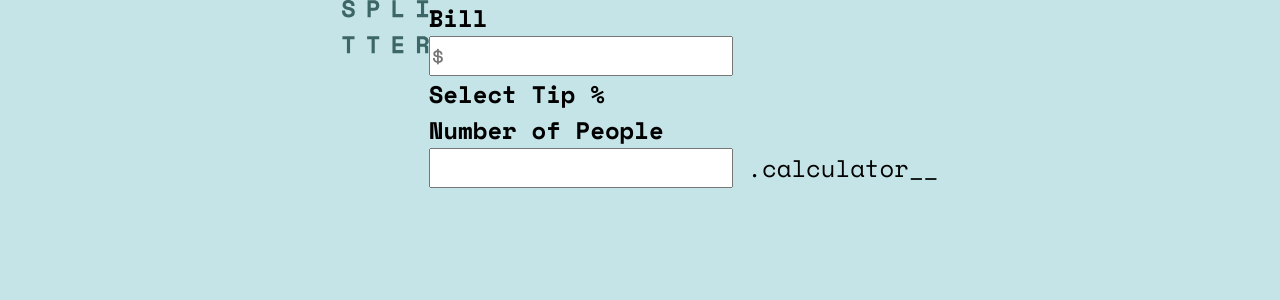
Repository: tomas938/tipcalculator
Page: /
The author's editor kept a copy of each file at every save. The page is drawn from the files as they stood at one save, then again after the next save.
The browser window is 1280 px wide. The pictures show the whole page.
The project was rebuilt for these pictures with package versions that can differ from the ones it lists, and the page was loaded fresh each time.

Above is the page before, as saved 2021-08-03 21:49:11.

### src/App.vue
<template>
	<router-view />
</template>

<style lang="scss">
@import url("https://fonts.googleapis.com/css2?family=Space+Mono:wght@400;700&display=swap");
$strong-cyan: hsl(172, 67%, 45%);
$dark-cyan: hsl(186, 14%, 43%);
$grayish-cyan: hsl(184, 14%, 43%);
$lower-grayish-cyan: hsl(184, 14%, 56%);
$light-grayish-cyan: hsl(185, 41%, 84%);
$lighter-grayish-cyan: hsl(189, 41%, 97%);
$white: hsl(0, 0%, 100%);
* {
	margin: 0;
	padding: 0;
	box-sizing: border-box;
	font-family: "Space Mono", monospace;
	font-size: 24px;
}
body {
	background-color: $light-grayish-cyan;
}
</style>

### src/views/Home.vue
<template>
	<div class="logo">
		<splitter></splitter>
	</div>
</template>

<script>
import Splitter from "../components/Splitter.vue";
export default {
	name: "Home",
	components: {
		Splitter,
	},
};
</script>
<style lang="scss" scoped>
.logo {
	display: flex;
	justify-content: center;
}
</style>

### src/components/Splitter.vue
<template>
	<svg xmlns="http://www.w3.org/2000/svg" width="87" height="54">
		<path
			fill="#3D6666"
			d="M6.72 17.472c.944 0 1.792-.12 2.544-.36s1.392-.584 1.92-1.032a4.476 4.476 0 001.212-1.62c.28-.632.42-1.34.42-2.124v-.288c0-1.472-.464-2.584-1.392-3.336-.928-.752-2.272-1.288-4.032-1.608a14.615 14.615 0 01-1.74-.408c-.456-.144-.824-.308-1.104-.492-.28-.184-.476-.392-.588-.624a1.771 1.771 0 01-.168-.78c0-.56.232-1.004.696-1.332.464-.328 1.096-.492 1.896-.492.944 0 1.676.248 2.196.744.52.496.78 1.08.78 1.752v.576h3.168v-.864a5 5 0 00-.396-1.968 4.762 4.762 0 00-1.176-1.656C10.436 1.08 9.792.7 9.024.42 8.256.14 7.376 0 6.384 0c-.88 0-1.676.12-2.388.36s-1.32.576-1.824 1.008c-.504.432-.896.94-1.176 1.524-.28.584-.42 1.22-.42 1.908v.144c0 .832.144 1.536.432 2.112a3.978 3.978 0 001.212 1.44c.52.384 1.132.692 1.836.924.704.232 1.48.42 2.328.564.64.112 1.168.248 1.584.408.416.16.744.34.984.54s.408.424.504.672c.096.248.144.508.144.78 0 .576-.232 1.072-.696 1.488-.464.416-1.176.624-2.136.624-1.232 0-2.14-.3-2.724-.9-.584-.6-.876-1.404-.876-2.412v-.576H0v.72c0 .88.144 1.692.432 2.436a5.47 5.47 0 001.272 1.944c.56.552 1.26.984 2.1 1.296.84.312 1.812.468 2.916.468zm22-.336V10.8h3.408c.864 0 1.616-.144 2.256-.432a4.707 4.707 0 001.596-1.14 4.833 4.833 0 00.96-1.608c.216-.6.324-1.212.324-1.836v-.576c0-.608-.108-1.204-.324-1.788a4.625 4.625 0 00-.96-1.56A4.737 4.737 0 0034.384.756c-.64-.28-1.392-.42-2.256-.42h-6.576v16.8h3.168zm3.096-9.36H28.72V3.36h3.096c.704 0 1.26.192 1.668.576.408.384.612.88.612 1.488v.288c0 .608-.204 1.104-.612 1.488-.408.384-.964.576-1.668.576zm29.464 9.36v-3.024h-7.632V.336H50.48v16.8h10.8zm24.88 0v-3.024h-4.032V3.36h4.032V.336H74.928V3.36h4.032v10.752h-4.032v3.024H86.16zm-78.096 36V39.36h4.464v-3.024H.432v3.024h4.464v13.776h3.168zm24.688 0V39.36h4.464v-3.024H25.12v3.024h4.464v13.776h3.168zm28.624 0v-3.024h-7.728v-3.888H60.8V43.2h-7.152v-3.84h7.44v-3.024H50.48v16.8h10.896zm16.744 0V46.8h3.648c.464 0 .796.12.996.36.2.24.3.552.3.936v5.04h3.168v-5.808c0-.56-.164-1.024-.492-1.392-.328-.368-.772-.584-1.332-.648v-.432c.768-.32 1.336-.78 1.704-1.38a3.63 3.63 0 00.552-1.932v-.576c0-.64-.116-1.24-.348-1.8a4.332 4.332 0 00-1.008-1.476c-.44-.424-.988-.756-1.644-.996-.656-.24-1.416-.36-2.28-.36h-6.432v16.8h3.168zm3.024-9.36H78.12V39.36h3.024c.768 0 1.352.204 1.752.612.4.408.6.892.6 1.452v.288c0 .656-.2 1.164-.6 1.524-.4.36-.984.54-1.752.54z"
		/>
	</svg>
	<div class="calculator">
		<h3>Bill</h3>
		<input type="text" placeholder="$" />
		<h3>Select Tip %</h3>
		<div class="calculator__grid">
			<div class="calculator__grid__item item-1"></div>
			<div class="calculator__grid__item item-2"></div>
			<div class="calculator__grid__item item-3"></div>
			<div class="calculator__grid__item item-4"></div>
			<div class="calculator__grid__item item-5"></div>
			<div class="calculator__grid__item item-6"></div>
		</div>
		<h3>Number of People</h3>
		<input type="text" />
		.calculator__
	</div>
</template>

<script>
export default {};
</script>

<style lang="scss" scoped>
svg {
	text-align: center;
}
</style>

Loaded but not shown: public/index.html (common file); src/main.js (common file); src/router/index.js (common file)

After the next save:
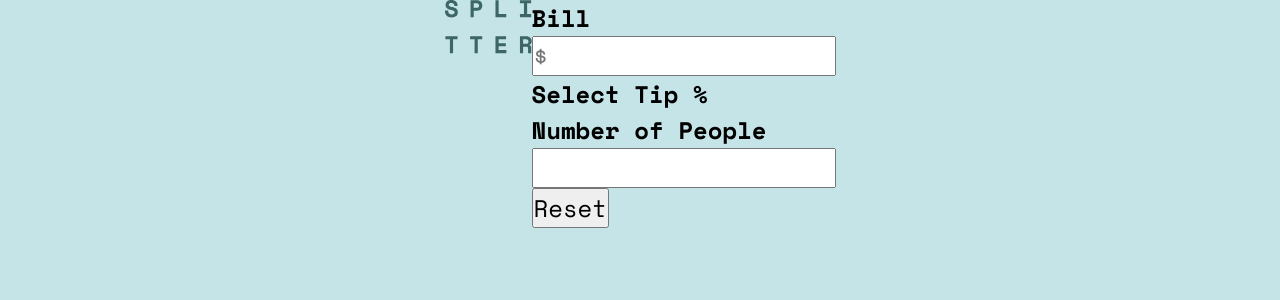
Saved 31 s later.
--- a/src/components/Splitter.vue
+++ b/src/components/Splitter.vue
@@ -19,7 +19,9 @@
 		</div>
 		<h3>Number of People</h3>
 		<input type="text" />
-		.calculator__
+		<div class="calculator__result">
+			<button>Reset</button>
+		</div>
 	</div>
 </template>
 
